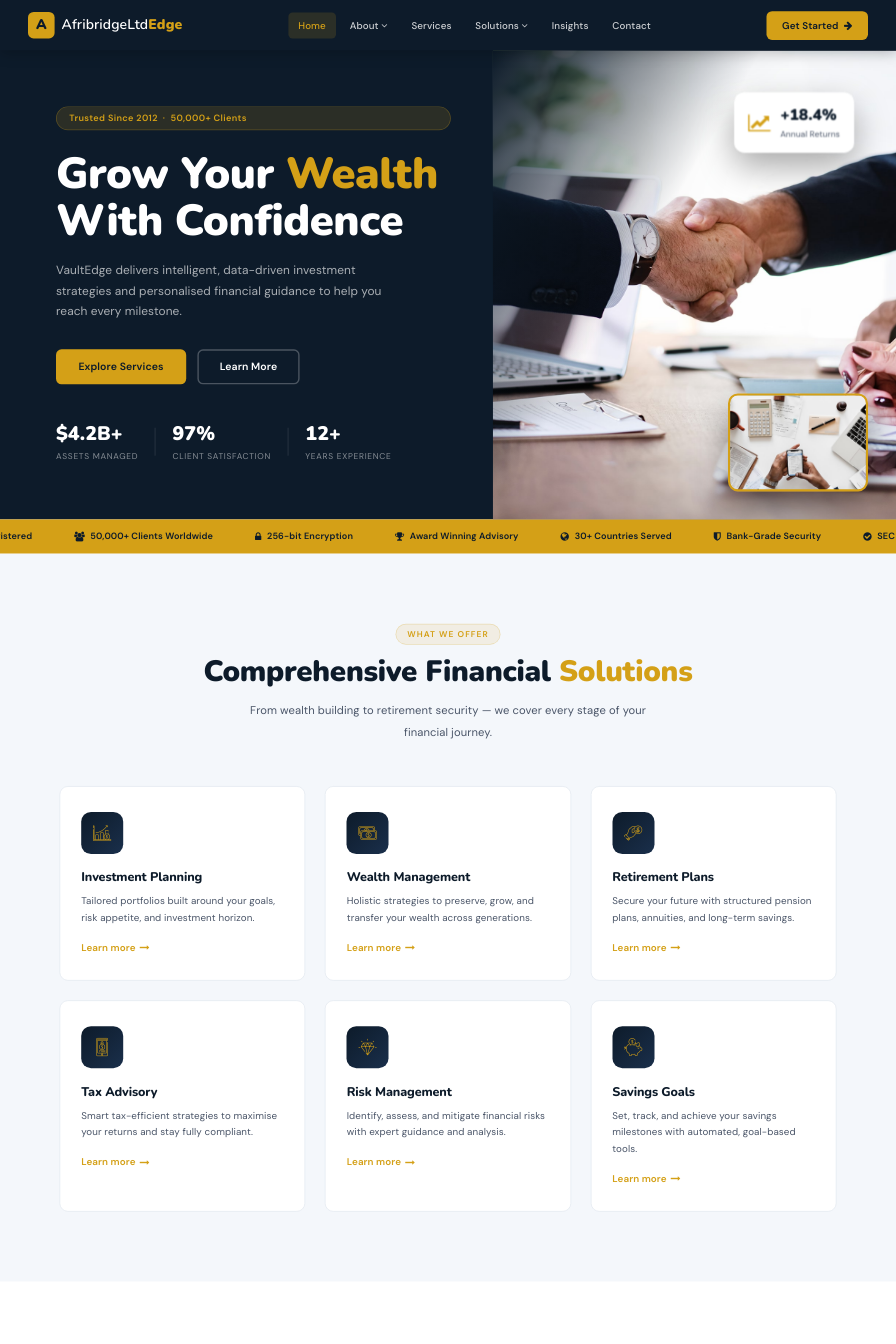
Repository: monk63/afribridgeltd
Page: afribridgeltd/index.html
An editor plug-in stored every save of this project. The page is shown before and after the next save, followed by the edit.
The browser window is 1280 px wide. The pictures show the part of the page from y = 0 to 1920 px (the page is 5448 px tall), at 70% of full size.
Some web fonts or font styles are not loaded; a fallback is used.

Above is the page before, as saved 2026-04-01 07:16:35.
Console error: RangeError: Maximum call stack size exceeded

After the next save:
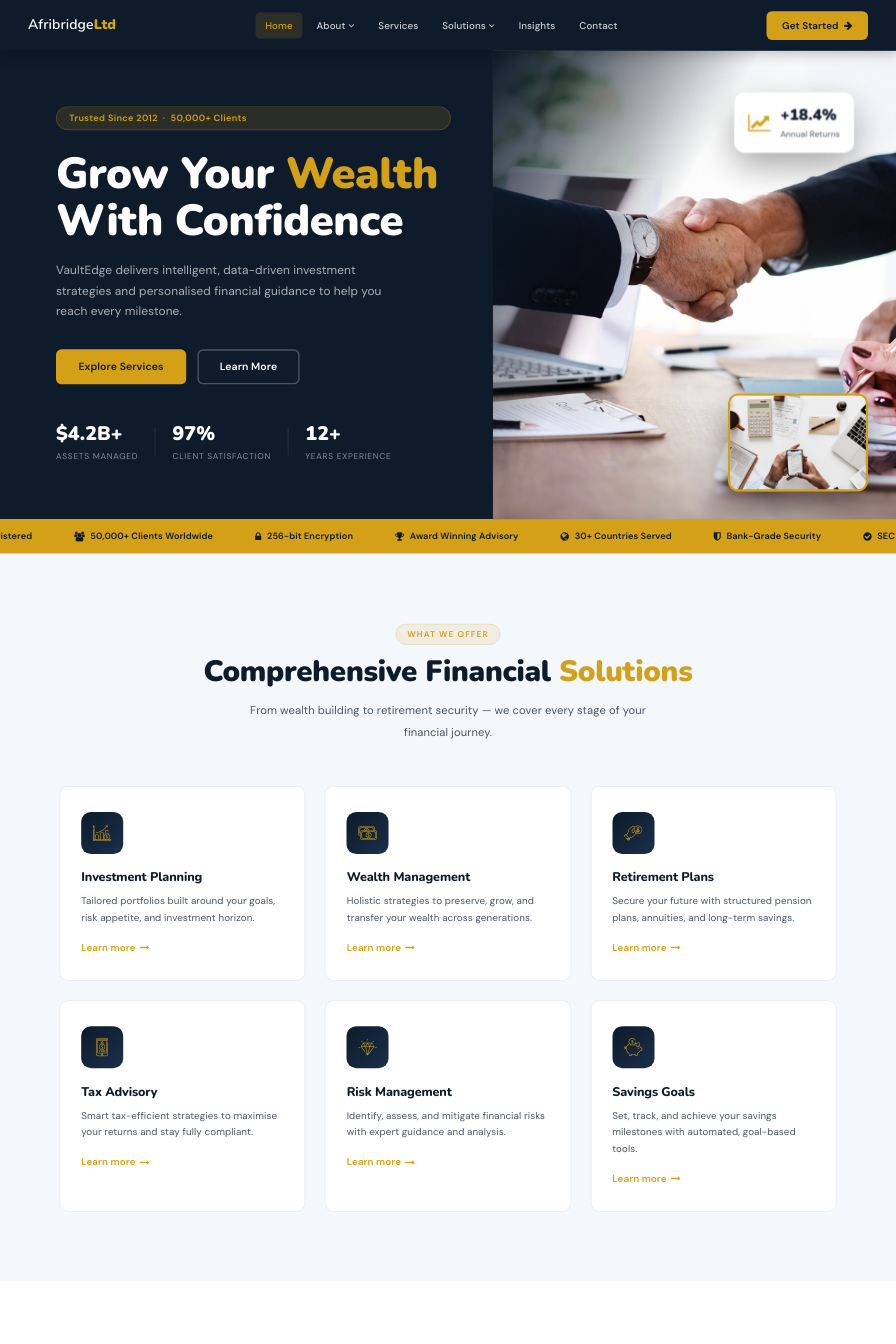
Saved 75 s later.
--- a/afribridgeltd/index.html
+++ b/afribridgeltd/index.html
@@ -26,8 +26,8 @@
             <!-- Logo -->
             <div class="ve-logo">
                 <a href="index.html">
-                    <span class="ve-logo-icon">A</span>
-                    <span class="ve-logo-text">AfribridgeLtd<strong>Edge</strong></span>
+                    <span rel="icon" href="img/core-img/aicon.jpg"</span>
+                    <span class="ve-logo-text">Afribridge<strong>Ltd</strong></span>
                 </a>
             </div>
 
